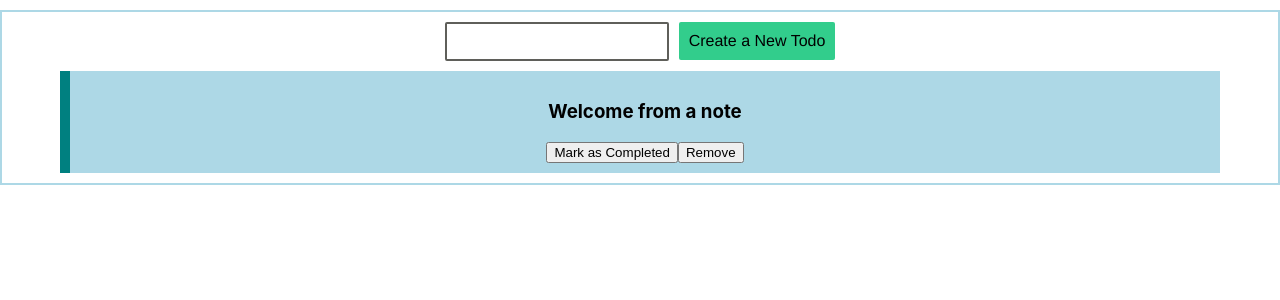
Repository: CaptainStorm21/react-ecosystem-course
Page: /
An editor plug-in stored every save of this project. The page is shown before and after the next save, followed by the edit.
The browser window is 1280 px wide. The pictures show the whole page.
The project was rebuilt for these pictures with package versions that can differ from the ones it lists, and the page was loaded fresh each time.

Above is the page before, as saved 2020-05-30 17:46:44.

### src/App.js
import React from 'react';
import './App.css';
import TodoList from './todos/TodoList'

function App() {
  return (
    <div className="App">
      <TodoList/>
    </div>
  );
}

export default App;

### src/todos/TodoList.js
import React from 'react';
import NewTodoForm from './NewTodoForm';
import TodoListItem from './TodoListItem';
import './TodoList.css';


const TodoList = ({ todos = [{ text: "Welcome from a note" }] }) => (
    <div className="list-wrapper">
        <NewTodoForm/>
        {todos.map(todo => <TodoListItem todo={todo} />)}
    </div>
)

export default TodoList;

### src/todos/NewTodoForm.js
import React, { useState } from 'react';
import './NewTodoForm.css';

const NewTodoForm = () => {
    const [inputValue, setInputValue] = useState(' ');
   return (
        <div className="new-todo-form">
           <input className="new-todo-input"
               type="text"
               value={inputValue}
               onChange = { e => setInputValue (e.target.value)}
           />
            <button className="newTodo">Create a New Todo</button>
        </div>
    );
};
export default NewTodoForm;

### src/todos/TodoListItem.js
import React from "react";

const TodoListItem = ({ todo }) => (
  <div className="todo-item-container">
    <h3>{todo.text}</h3>
    <div className="button -container">
      <button className="completed-button"> Mark as Completed</button>
      <button className="remove-button"> Remove</button>
    </div>
  </div>
);

export default TodoListItem;

### src/todos/TodoList.css
.list-wrapper{
    border: 2px solid lightblue;
    padding: 10px;
    margin-top: 10px;
}

### src/todos/NewTodoForm.css
.todo-item-container {
  width: 90%;
  margin: 0 auto;
  padding: 10px;
  border-left: 10px solid teal;
  background-color: lightblue;
  margin-top: 10px;
}

.newTodo {
  background-color: rgb(50, 205, 140);
  padding: 10px;
  border: 0;
  margin-left: 10px;
  font-size: medium;
  font-family: "Franklin Gothic Medium", "Arial Narrow", Arial, sans-serif;
  border-radius: 2px;
}

.new-todo-input {
  border-radius: 2px;
  padding: 10px;
  border: 2px solid rgb(95, 95, 90);
  font-family: "Franklin Gothic Medium", "Arial Narrow", Arial, sans-serif;
  width: 200px;
}

Loaded but not shown: public/index.html (common file); src/index.js (common file); src/index.css (common file); src/serviceWorker.js (common file); src/App.css (common file)

After the next save:
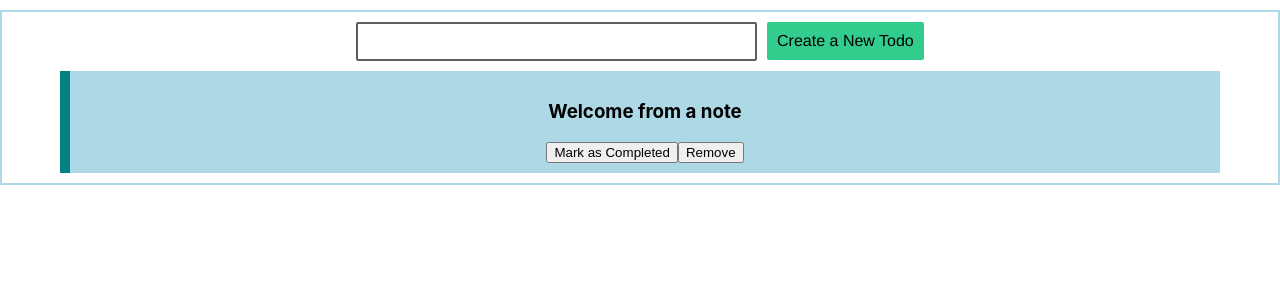
Saved 17 s later.
--- a/src/todos/NewTodoForm.css
+++ b/src/todos/NewTodoForm.css
@@ -22,5 +22,5 @@
   padding: 10px;
   border: 2px solid rgb(95, 95, 90);
   font-family: "Franklin Gothic Medium", "Arial Narrow", Arial, sans-serif;
-  width: 200px;
+  width: 30%;
 }
